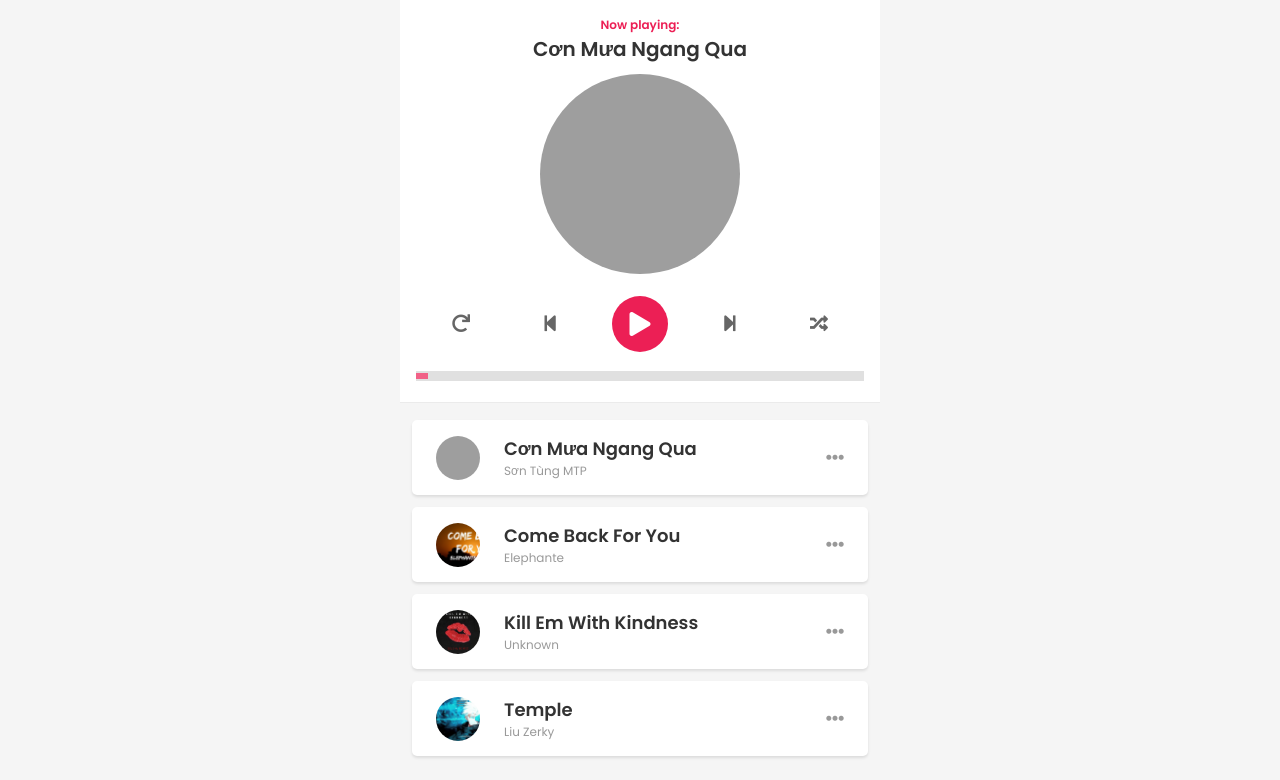
Repository: vandat598/musicPlayer
Page: index.html
An editor plug-in stored every save of this project. The page is shown before and after the next save, followed by the edit.
The browser window is 1280 px wide. The pictures show the whole page.
Pictures or frames that could not be fetched are drawn as grey boxes.

Above is the page before, as saved 2022-04-25 20:01:10.

After the next save:
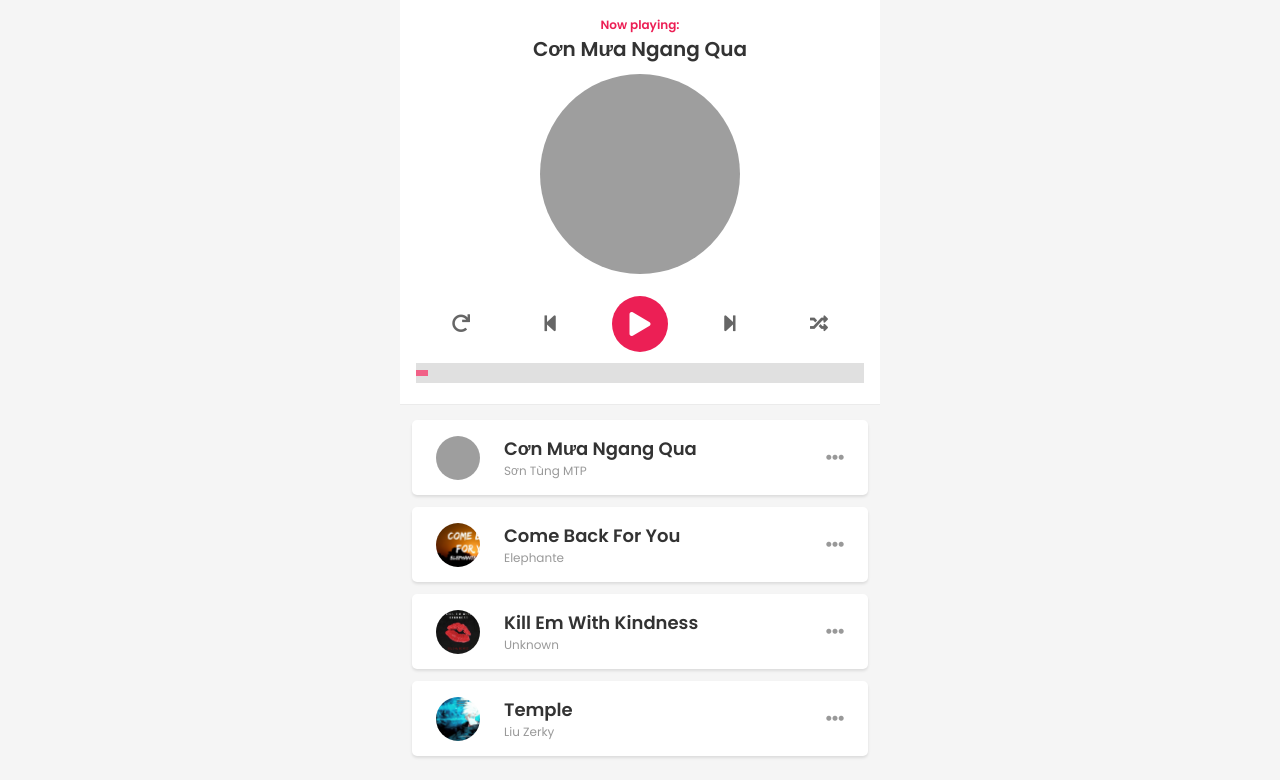
Saved 9 s later.
--- a/assets/css/style.css
+++ b/assets/css/style.css
@@ -111,7 +111,7 @@
 .progress {
   width: 100%;
   -webkit-appearance: none;
-  height: 10px;
+  height: 20px;
   background: #d3d3d3;
   outline: none;
   opacity: 0.7;

After the save that followed:
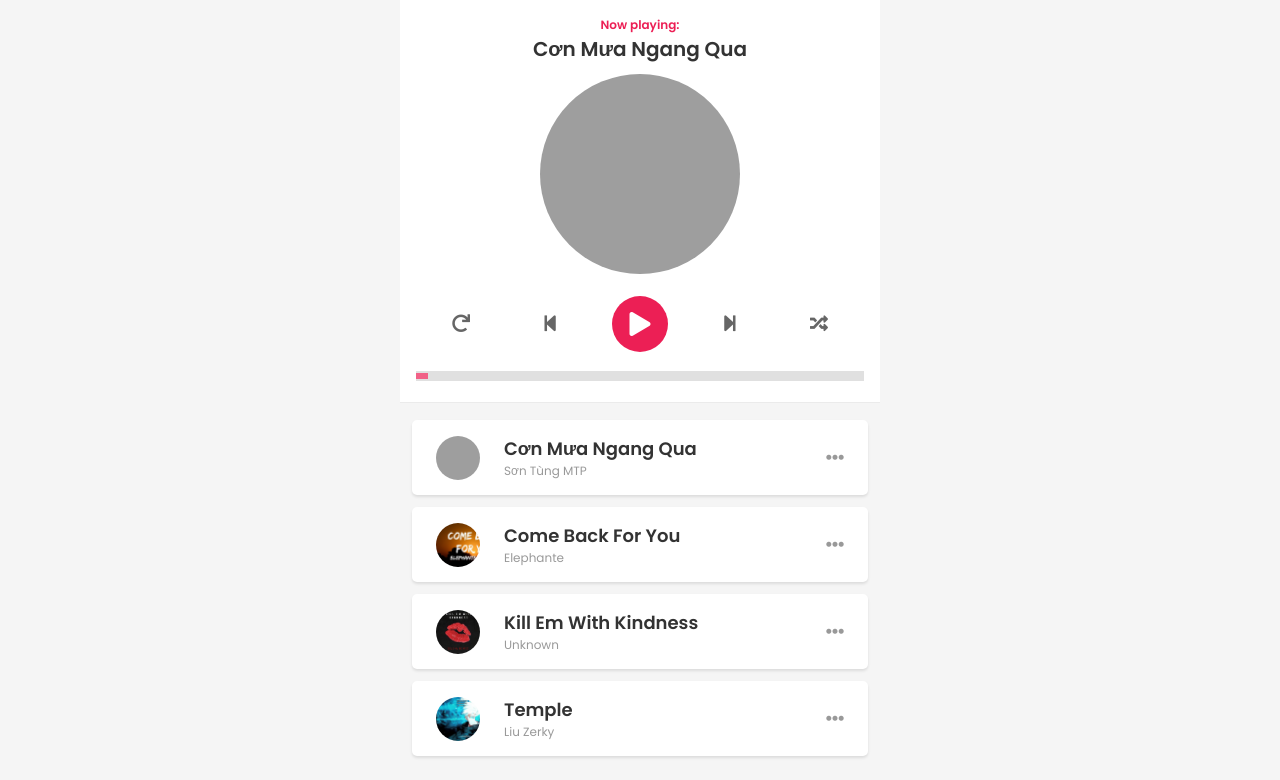
Saved 5 s later.
--- a/assets/css/style.css
+++ b/assets/css/style.css
@@ -111,7 +111,7 @@
 .progress {
   width: 100%;
   -webkit-appearance: none;
-  height: 20px;
+  height: 10px;
   background: #d3d3d3;
   outline: none;
   opacity: 0.7;
